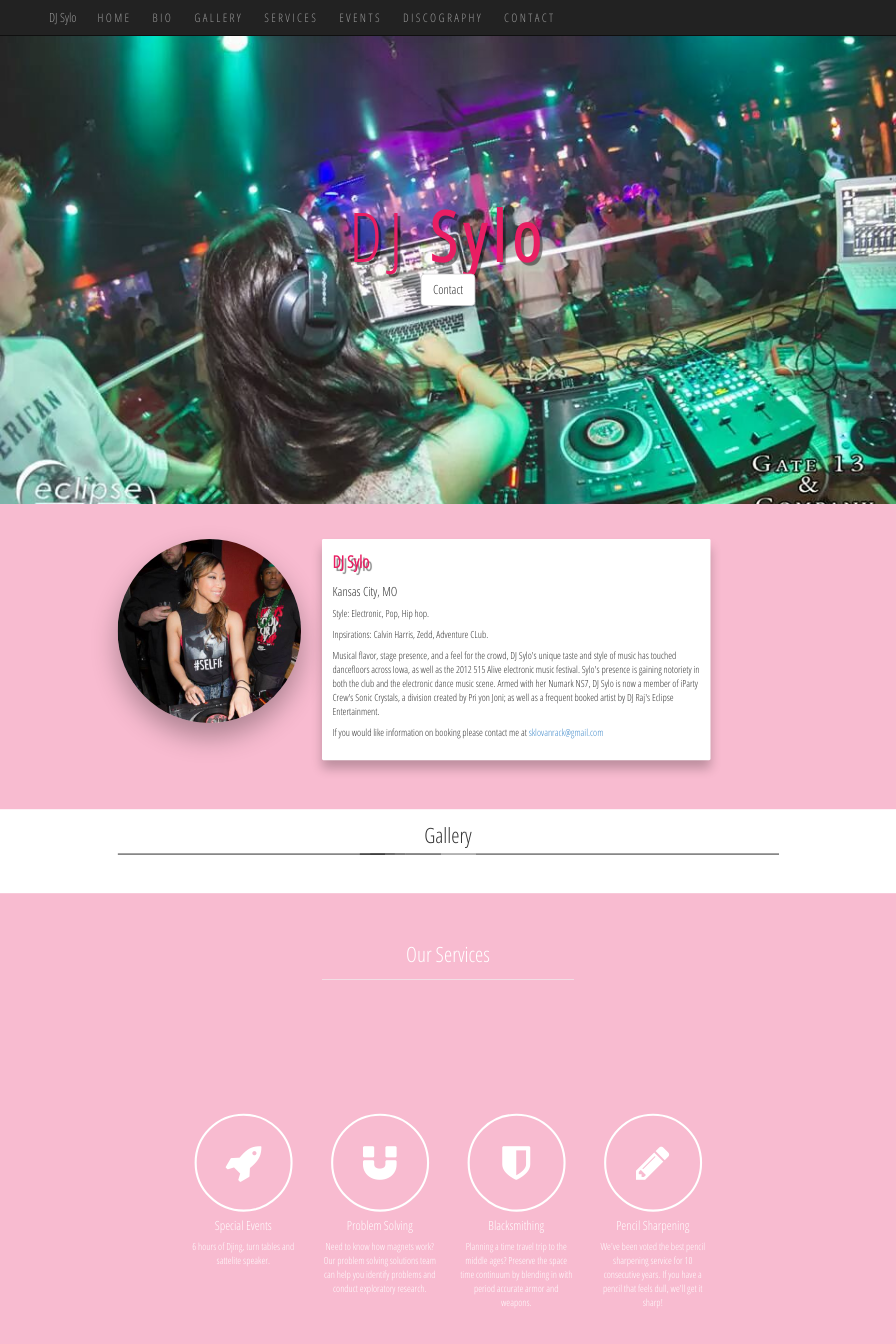
Repository: BambooXLotus/DjSylo
Page: client/index.html
The author's editor kept a record of every edit. The page is drawn from the files as they stood at one moment, then again after the next edit.
The browser window is 1280 px wide. The pictures show the part of the page from y = 0 to 1920 px (the page is 4340 px tall), at 70% of full size.
Pictures or frames that could not be fetched are drawn as grey boxes. Some icons come from a web library that is not loaded, so they are not drawn. Backgrounds fixed to the window are drawn as part of the page. Some web libraries are served in a nearby version.

Above is the page before.

After the next edit:
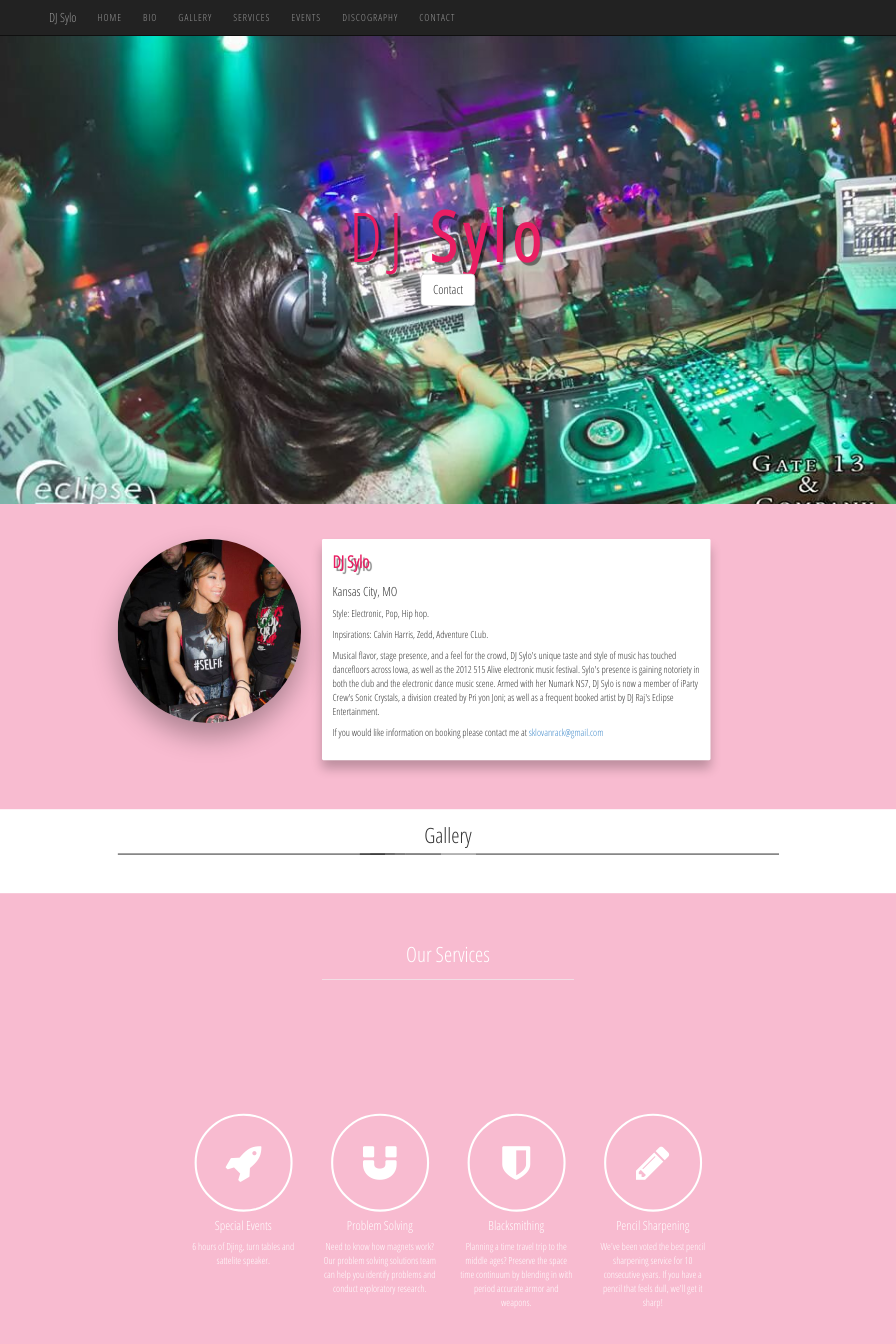
The edit:
--- a/client/css/stylish-portfolio.css
+++ b/client/css/stylish-portfolio.css
@@ -32,8 +32,8 @@
 /* Side Menu */
 .nav{
     text-transform: uppercase;
-    letter-spacing: .2em;
-    font-size: 1.2em;
+    letter-spacing: .1em;
+    font-size: 1em;
     font-weight: 300;
 }
 
